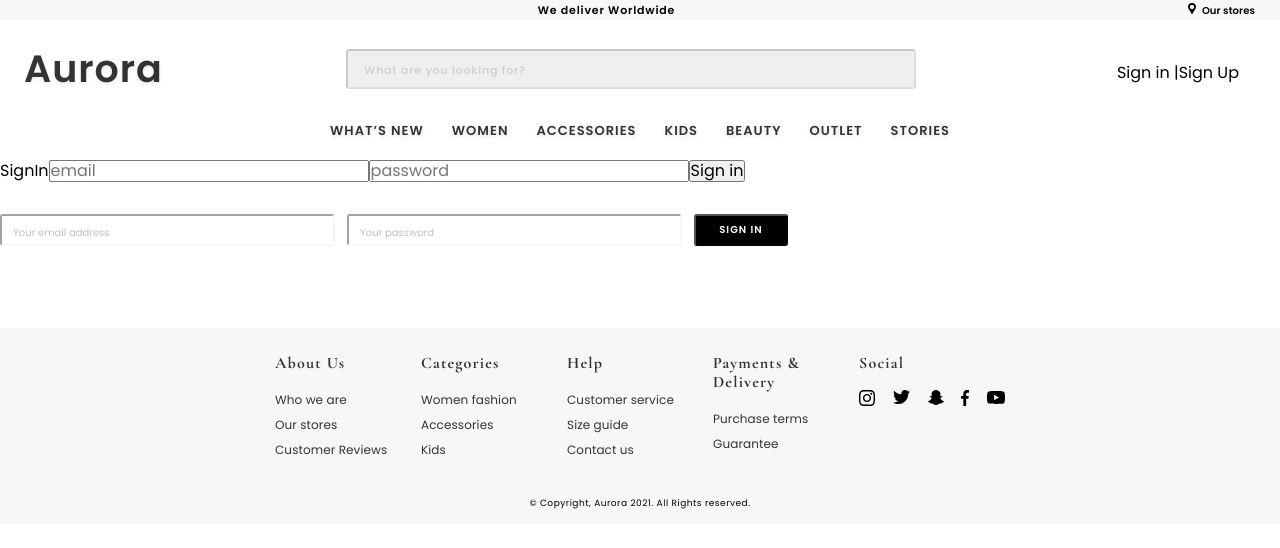
Repository: YuraKrvz/aurora-react-redux-toolkit-firebase
Page: /signIn
The author's editor kept a copy of each file at every save. The page is drawn from the files as they stood at one save, then again after the next save.
The browser window is 1280 px wide. The pictures show the whole page.
The project was rebuilt for these pictures with package versions that can differ from the ones it lists, and the page was loaded fresh each time. Also part of the build but not shown: src/components/MainSection/MainSection.jsx, src/pages/HomeGuest.jsx, src/pages/HomeUser.jsx, src/pages/SignUp.jsx.

Above is the page before, as saved 2021-11-29 13:09:56.

After the next save:
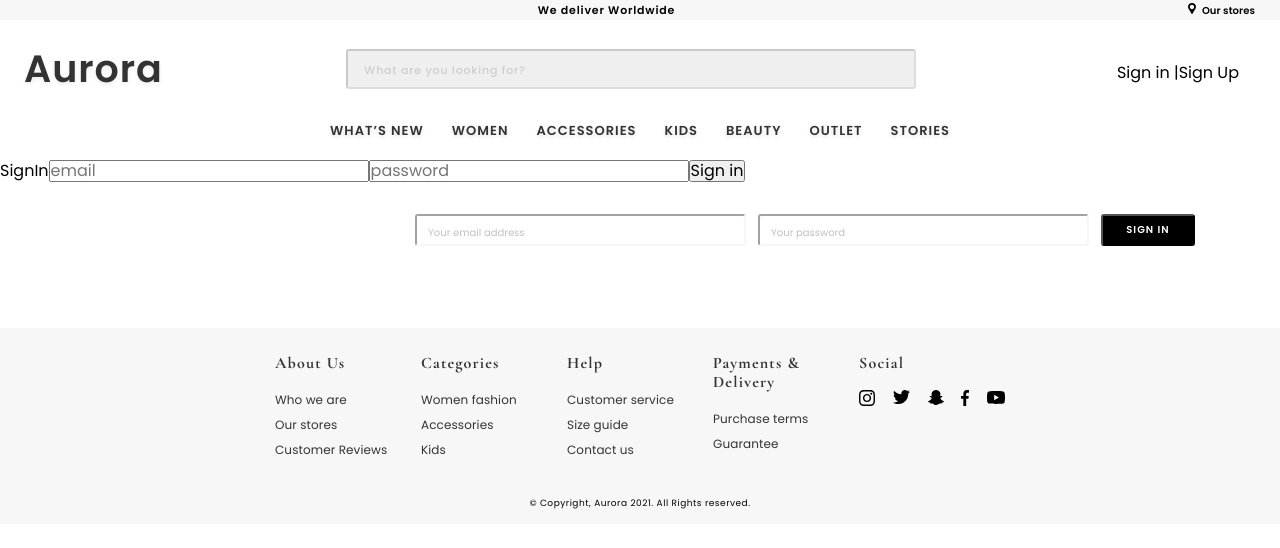
Saved 17 s later.
--- a/src/components/MainSection/MainSection.module.css
+++ b/src/components/MainSection/MainSection.module.css
@@ -25,7 +25,7 @@
 .section_register_field{
    display: block;
    margin: 32px auto;
-   min-width: 450px;
+   width: 450px;
    height: 82px;
 }
 .text{
